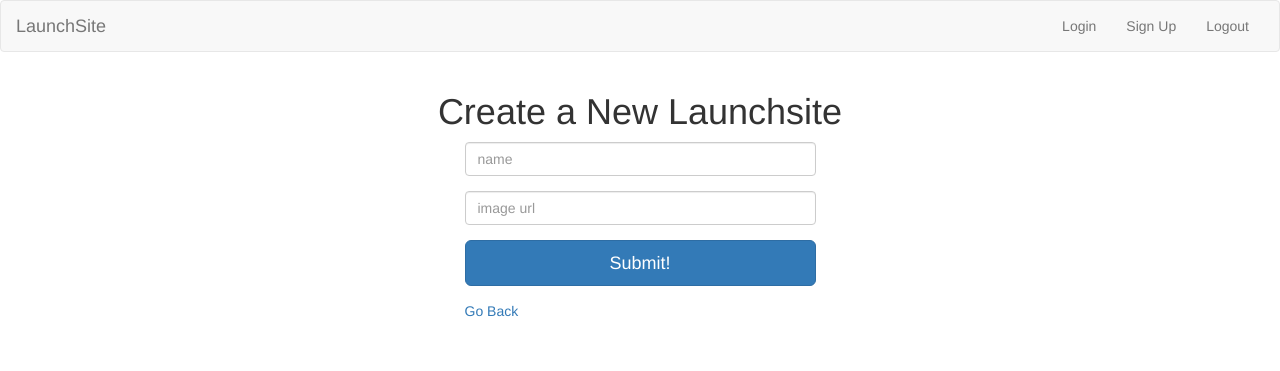
Repository: Oscar6/Udemy-workspace
Page: http://localhost/launchsite/new
The author's editor kept a record of every edit. The page is drawn from the files as they stood at one moment, then again after the next edit.
The browser window is 1280 px wide. The pictures show the whole page.
The page is served by the project's Node server (YelpCamp/v1/app.js).

Above is the page before.

### YelpCamp/v1/views/new.ejs
<% include partials/header %>
<div class="container">
    <div class="row">
        <h1 style="text-align: center;">Create a New Launchsite</h1>
        <div style="width: 30%; margin: 0 auto;"
            <form action="/launchsite" method="POST">
                <div class="form-group">
                    <input class="form-control" type="text" name="name" placeholder="name">
                </div>
                <div class="form-group">
                    <input class="form-control" type="text" name="image" placeholder="image url">
                </div>
                <div class="form-group">
                    <button class="btn btn-lg btn-primary btn-block">Submit!</button>
                </div>
            </form>
            <a href="/launchsite">Go Back</a>
        </div>
    </div>
</div>
<% include partials/footer %>

### YelpCamp/v1/views/partials/header.ejs
<!DOCTYPE html>
<html>
    <head>
        <title>YelpCamp</title>
        <link rel="stylesheet" href="https://maxcdn.bootstrapcdn.com/bootstrap/3.3.5/css/bootstrap.min.css">
    </head>
    <body>
       <nav class="navbar navbar-default">
          <div class="container-fluid">
             <div class="navbar-header">
                <a class="navbar-brand" href="/">LaunchSite</a>
             </div>
             <div class="collapse navbar-collapse">
                <ul class="nav navbar-nav navbar-right">
                   <li><a href="/">Login</a></li>
                   <li><a href="/">Sign Up</a></li>
                   <li><a href="/">Logout</a></li>
                </ul>
             </div>
          </div>
       </nav>

### YelpCamp/v1/app.js
var express = require("express");
var app = express();
var bodyParser = require("body-parser");

app.use(bodyParser.urlencoded({extended: true}));
app.set("view engine", "ejs");

var launchsite = [
        {name: "NASA", image: "https://www.nasa.gov/sites/all/themes/custom/nasatwo/images/nasa-logo.svg"},
        {name: "SpaceX", image: "https://botw-pd.s3.amazonaws.com/styles/logo-thumbnail/s3/042015/spacerx-logo_0.png?itok=SshEXNNF"},
        {name: "Tesla", image: "https://electrek.files.wordpress.com/2016/06/tesla-model-x-promo-shot-3-2.jpg?quality=82&strip=all&w=290&h=145&crop=1"},
    ];

app.get("/", function(req, res){
    res.render("landing");
});

app.get("/launchsite", function(req, res){
    res.render("launchsite", {launchsite: launchsite});
});

app.post("/launchsite", function(req, res){
    // get data from form and add to launchsite array
    var name = req.body.name;
    var image = req.body.image;
    var newLaunchsite = {name: name, image: image}
    launchsite.push(newLaunchsite);
    // redirect back to launchsite page
    res.redirect("/launchsite");
});

app.get("/launchsite/new", function(req,res){
    res.render("new.ejs");
});

app.listen(process.env.PORT, process.env.IP, function(){
    console.log("YelpCamp is running");
});

Loaded but not shown: YelpCamp/v1/views/partials/footer.ejs (common file)

After the next edit:
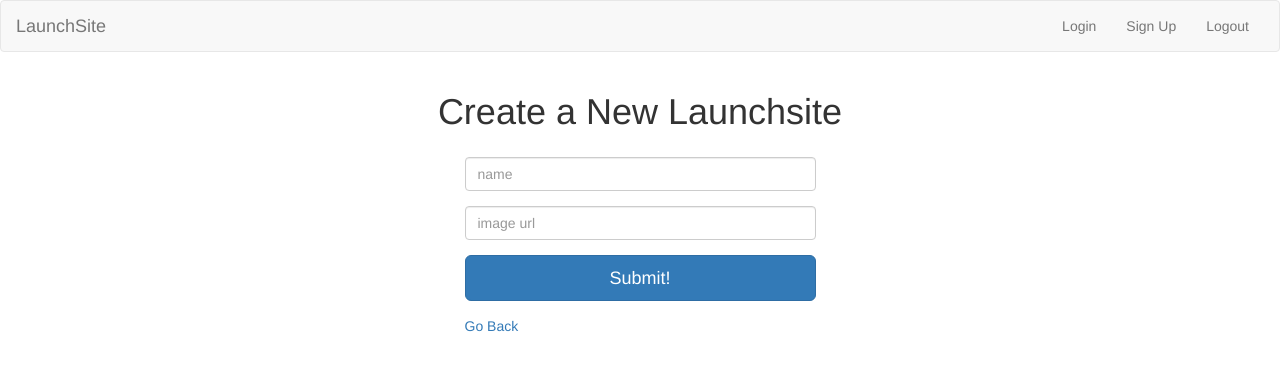
The edit:
--- a/YelpCamp/v1/views/new.ejs
+++ b/YelpCamp/v1/views/new.ejs
@@ -2,7 +2,7 @@
 <div class="container">
     <div class="row">
         <h1 style="text-align: center;">Create a New Launchsite</h1>
-        <div style="width: 30%; margin: 0 auto;"
+        <div style="width: 30%; margin: 25px auto;"
             <form action="/launchsite" method="POST">
                 <div class="form-group">
                     <input class="form-control" type="text" name="name" placeholder="name">
